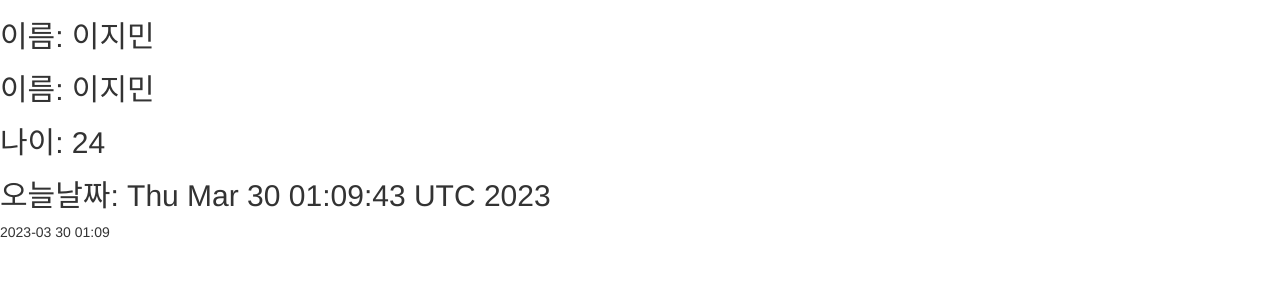
Repository: jungbee2/jungproject
Page: http://localhost/JstlProject/day0330/ex2_jstl_format.jsp
These files come from the project's save history. The page is drawn as it stood at one moment and after a run of saves; the edit follows.
The browser window is 1280 px wide. The pictures show the whole page.
Some web fonts or font styles are not loaded; a fallback is used. The page is served by Tomcat 9. Other server files are loaded and not shown.

Above is the page before, as saved 2023-03-30 01:30:03.

### JstlProject/src/main/webapp/day0330/ex2_jstl_format.jsp
<%@page import="java.util.Date"%>
<%@ page language="java" contentType="text/html; charset=utf-8"
	pageEncoding="utf-8"%>
<%@ taglib uri="http://java.sun.com/jsp/jstl/core" prefix="c"%>
<%@ taglib uri="http://java.sun.com/jsp/jstl/fmt" prefix="fmt"%>
<!DOCTYPE html>
<html>
<head>
<meta charset="utf-8">
<title>Insert title here</title>

<link
	href="https://fonts.googleapis.com/css2?family=Anton&family=Edu+VIC+WA+NT+Beginner:wght@600&family=Gamja+Flower&family=Single+Day&family=Jua&family=Nanum+Pen+Script&display=swap"
	rel="stylesheet">
<link rel="stylesheet"
	href="https://maxcdn.bootstrapcdn.com/bootstrap/3.4.1/css/bootstrap.min.css">
<script src="https://code.jquery.com/jquery-3.6.3.js"></script>

</head>

<body>
<!-- 변수선언 -->
<c:set var="name" value="이지민"></c:set>
<c:set var="age" value="24"></c:set>
<c:set var="today" value="<%=new Date() %>"/>

<!-- 변수출력 -->
<!-- c:out이 변수출력인데 생략가능 -->
<h2>이름: <c:out value="${name }"/></h2>
<h2>이름: ${name }</h2>
<h2>나이: ${age }</h2>
<h2>오늘날짜: ${today }</h2>

<!-- pattern을 이용한 fmt날짜 형식 -->
<fmt:formatDate value="${today }" pattern="yyyy-MM dd HH:mm"/>

</body>
</html>

After the next 2 saves:
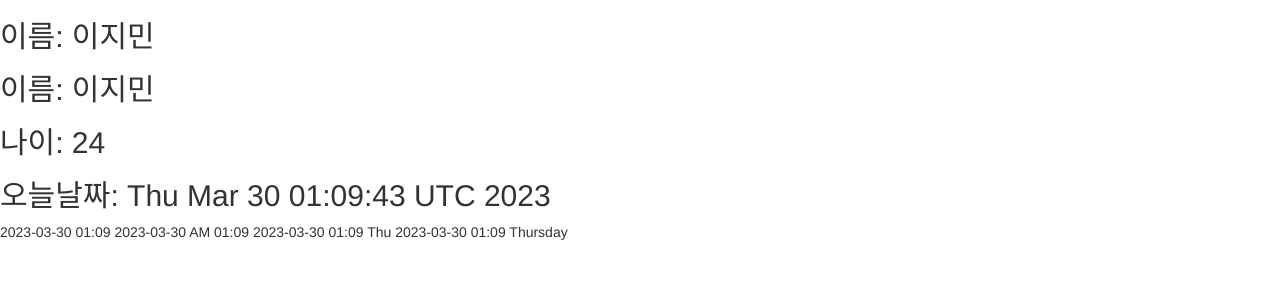
The 2 saves are shown as one change because they came seconds apart.
The last was saved 53 s later.
--- a/JstlProject/src/main/webapp/day0330/ex2_jstl_format.jsp
+++ b/JstlProject/src/main/webapp/day0330/ex2_jstl_format.jsp
@@ -32,7 +32,9 @@
 <h2>오늘날짜: ${today }</h2>
 
 <!-- pattern을 이용한 fmt날짜 형식 -->
-<fmt:formatDate value="${today }" pattern="yyyy-MM dd HH:mm"/>
-
+<fmt:formatDate value="${today }" pattern="yyyy-MM-dd HH:mm"/>
+<fmt:formatDate value="${today }" pattern="yyyy-MM-dd a hh:mm"/>
+<fmt:formatDate value="${today }" pattern="yyyy-MM-dd HH:mm EEE"/>
+<fmt:formatDate value="${today }" pattern="yyyy-MM-dd HH:mm EEEE"/>
 </body>
 </html>
